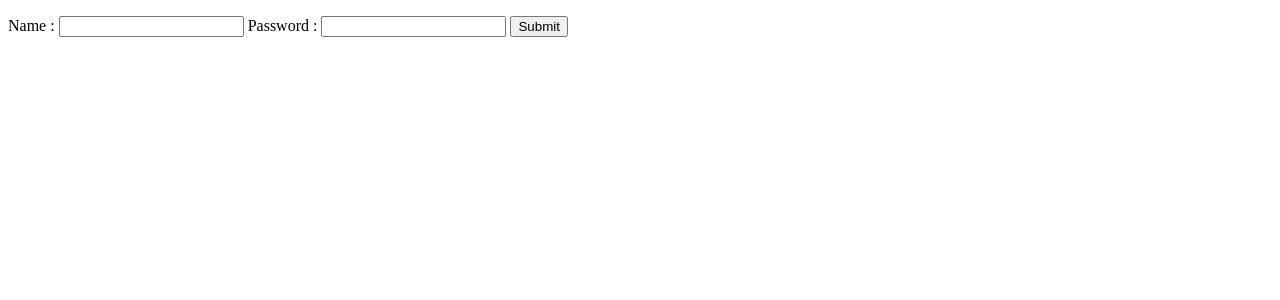
Repository: edgarttrr/ApptInNow
Page: http://localhost/ApptInNow/
These files come from the project's save history. The page is drawn as it stood at one moment and after the next save; the edit follows.
The browser window is 1280 px wide. The pictures show the whole page.
The page is served by Tomcat 9.

Above is the page before, as saved 2019-04-10 17:58:17.

After the next save:
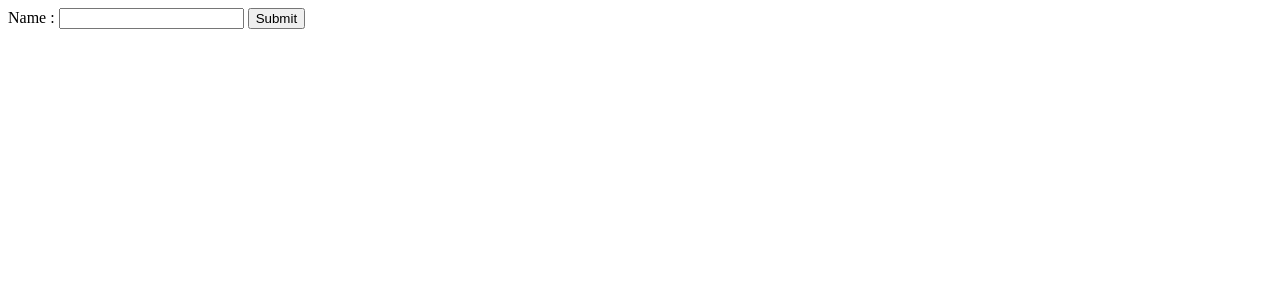
Saved 114 s later.
--- a/ApptInNow/src/main/webapp/WEB-INF/views/login.jsp
+++ b/ApptInNow/src/main/webapp/WEB-INF/views/login.jsp
@@ -6,9 +6,8 @@
 <title>Yahoo!!</title>
 </head>
 <body>
-    <p><font color="red">${errorMessage}</font></p>
-    <form action="/spring-mvc/login" method="POST">
-        Name : <input name="name" type="text" /> Password : <input name="password" type="password" /> <input type="submit" />
-    </form>
+	<form action="/login.do" method="POST">
+		Name : <input name="name" type="text" /> <input type="submit" />
+	</form>
 </body>
 </html>
